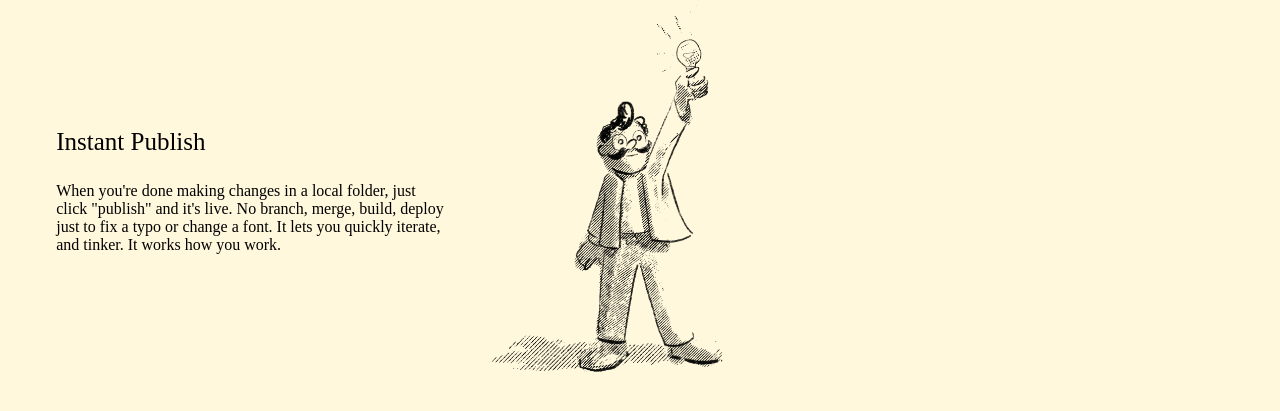
Repository: Pbemits/TEAMWORK-PROJECT-ONE
Page: index.html
An editor plug-in stored every save of this project. The page is shown before and after the next save, followed by the edit.
The browser window is 1280 px wide. The pictures show the whole page.
Some web fonts or font styles are not loaded; a fallback is used.

Above is the page before, as saved 2023-09-01 23:00:59.

### index.html
<!DOCTYPE html>
<html lang="en">
<head>
    <meta charset="UTF-8">
    <meta name="viewport" content="width=device-width, initial-scale=1.0">
    <link rel="stylesheet" href="./assets/css/base.css">
    <link rel="stylesheet" href="./assets/css/main.css">
    <!-- ~: FONT: 'Noto Sans JP', sans-serif -->
    <link rel="preconnect" href="https://fonts.googleapis.com">
    <link rel="preconnect" href="https://fonts.gstatic.com" crossorigin>
    <link href="https://fonts.googleapis.com/css2?family=Noto+Sans+JP:wght@100;200;300;400;500;600&display=swap" rel="stylesheet">
    <!-- ~: FONT: 'PT Serif Caption', serif -->
    <link rel="preconnect" href="https://fonts.googleapis.com">
    <link rel="preconnect" href="https://fonts.gstatic.com" crossorigin>
    <link href="https://fonts.googleapis.com/css2?family=PT+Serif+Caption:ital@0;1&display=swap" rel="stylesheet">
    <title>TEAMWORK PROJECT ONE</title>
</head>
<body>
    <!-- TODO: HEADER MAIN -->
    <div id="header-main">

    </div>
    <!-- TODO: CONTENT MAIN -->
    <div id="content-main">
        <!-- CODE BY XUAN DAI -->
        <!-- CONTENT-SECTION-TWO -->
        <div class="content-section-two">

            <!-- WRAPPER ONE -->
            <div class="content-wrapper-element-one">
                <div class="wrapper-element-one">
                    <div class="wrapper-element-texts">
                        <div class="element-text-h3">
                            <h3>Instant Publish</h3>
                        </div>
                        <div class="element-texts-paragraph">
                            <p>When you're done making changes in a local folder, just<br> click "publish" and it's live. No branch, merge, build, deploy<br> just to fix a typo or change a font. It lets you quickly iterate,<br> and tinker. It works how you work.</p>
                        </div>
                    </div>
                </div>

                <div class="wrapper-element-two">
                    <div class="wrapper-element-image">
                        <div class="element-img">
                            <img src="./assets/image/ligter.png" alt="ÁNH SÁNG CỦA ĐẢNG VN">
                        </div>
                    </div>
                </div>
            </div>
            <!-- END WRAPPER ONE -->

            <!-- WRAPPER TWO -->
            <div class="content-wrapper-element-two">
                <div class="wrapper-element-one">
                    <div class="wrapper-element-texts">
                        <div class="element-text-h3"></div>
                        <div class="element-texts-paragraph"></div>
                    </div>
                </div>

                <div class="wrapper-element-two">
                    <div class="wrapper-element-image">
                        <div class="element-img"></div>
                    </div>
                </div>
            </div>
            <!--END WRAPPER TWO -->

            <!-- WRAPPER THREE -->
            <div class="content-wrapper-element-three">
                <div class="wrapper-element-one">
                    <div class="wrapper-element-texts">
                        <div class="element-text-h3"></div>
                        <div class="element-texts-paragraph"></div>
                    </div>
                </div>

                <div class="wrapper-element-two">
                    <div class="wrapper-element-image">
                        <div class="element-img"></div>
                    </div>
                </div>
            </div>
            <!-- END WRAPPER THREE -->

        </div>
        <!-- END CONTENT-SECTION-TWO -->
        <!-- END CODE BY XUAN DAI -->
    </div>
    <!-- TODO: FOOTER MAIN -->
    <div id="footer-main">

    </div>
</body>
</html>

### assets/css/base.css
* {
    margin: 0;
    padding: 0;
    box-sizing: border-box;
}
body {
    background-color: #fff8dc;
    font-family: 'Noto Sans JP', sans-serif;
    font-family: 'PT Serif Caption', serif;
}

:root {
    --color-texts: #161616;
}

### assets/css/main.css
.content-wrapper-element-one {
    display: flex;
    width: 900px;
    align-items: center;
    justify-content: center;
}

.content-wrapper-element-one .wrapper-element-texts .element-text-h3 h3 {
    font-size: 25px;
    font-weight: 400;
}

.content-wrapper-element-one .wrapper-element-texts .element-texts-paragraph {
    margin: 26px 0;
}

.content-wrapper-element-one .element-img {
    width: 100%;
}

.content-wrapper-element-one .element-img img {
    width: 400px;
}

After the next save:
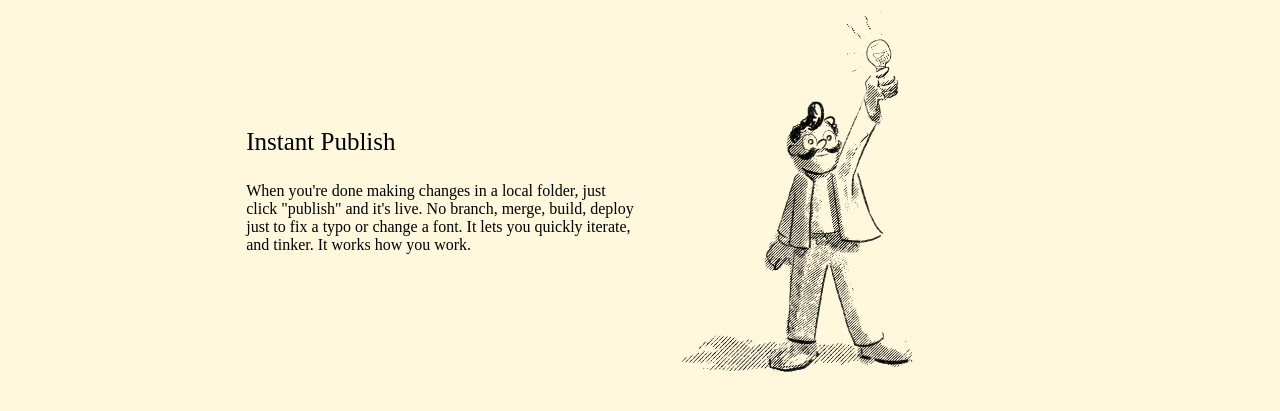
Saved 57 s later.
--- a/assets/css/main.css
+++ b/assets/css/main.css
@@ -1,6 +1,5 @@
 .content-wrapper-element-one {
     display: flex;
-    width: 900px;
     align-items: center;
     justify-content: center;
 }
